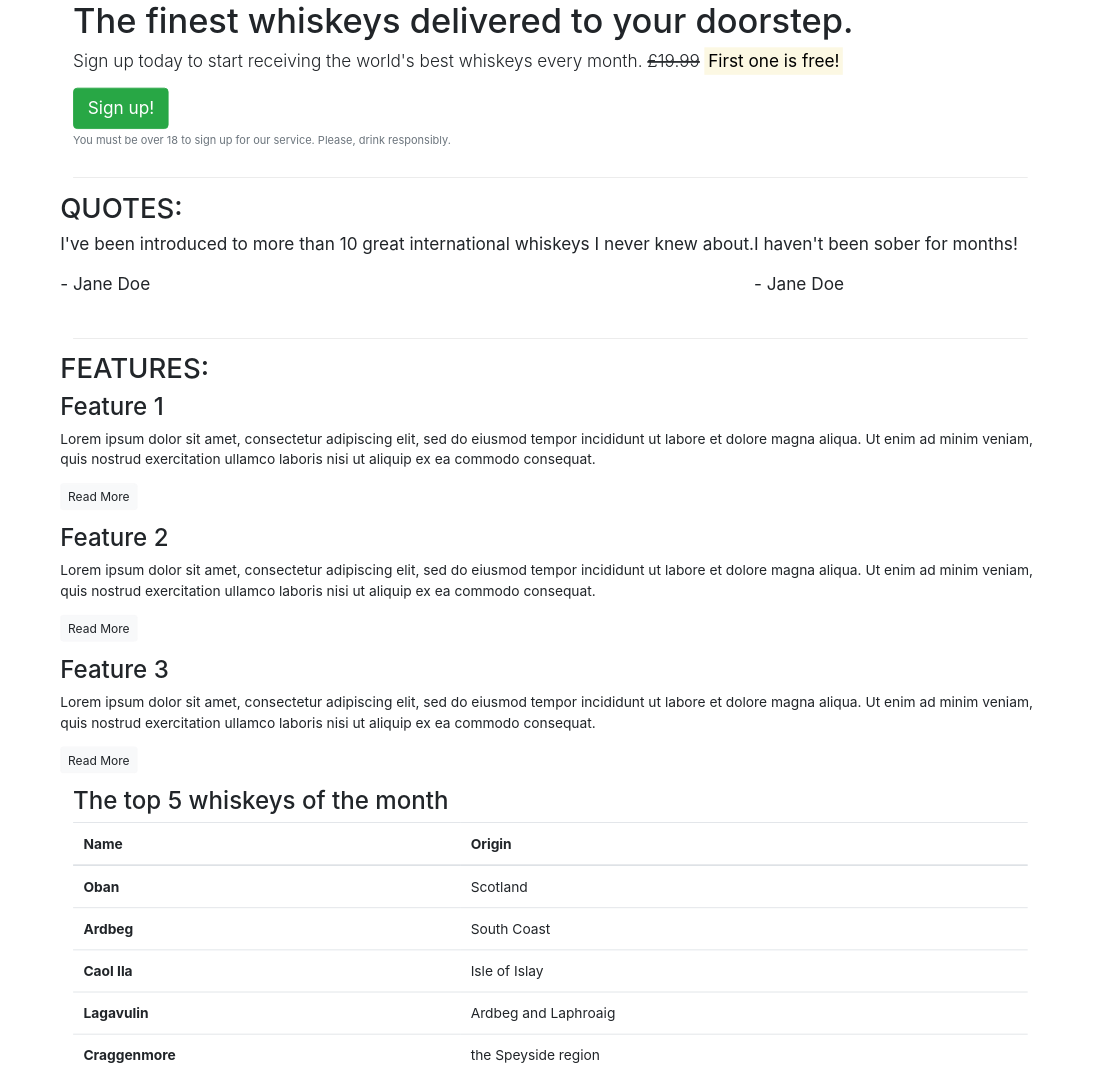
Repository: hidayatmansuri/BootStrap
Page: index.html
The author's editor kept a record of every edit. The page is drawn from the files as they stood at one moment, then again after the next edit.
The browser window is 1280 px wide. The pictures show the whole page, at 86% of full size.

Above is the page before.

### index.html
<!DOCTYPE html>
<html lang="en-us">

<head>
    <meta charset="utf-8">
    <meta name="viewport" content="width=device-width, initial-scale=1.0">
    <meta http-equiv="X-UA-Compatible" content="ie=edge">
    <title>Whiskey Drop | Taste a new whiskey every month</title>
    <link rel="stylesheet" href="https://maxcdn.bootstrapcdn.com/bootstrap/4.1.3/css/bootstrap.min.css">
</head>

<body>
    <article class="container">
        <!-- Callout -->
        <div class="row">
            <div class="col-12">
                <section class="callout">
                    <h1>The finest whiskeys delivered to your doorstep.</h1>
                    <p class="lead">Sign up today to start receiving the world's best whiskeys every month.
                    <s>£19.99</s> <strong><mark>First one is free!</mark></strong></p>
                    <button class="btn btn-success btn-lg">Sign up!</button>
                    <p class="text-muted"><small>You must be over 18 to sign up for our service. Please, drink responsibly.</small></p>
                </section>
            </div>
        </div>
        <!-- /.callout -->
        <hr>

        <!-- Quotes -->
        <section class="quotes">
            <div class="row">
            <h2 class="text-uppercase">Quotes:</h2>
            </div>
            <div class="row">
                <blockquote class="blockquote">
                    <p>I've been introduced to more than 10 great international whiskeys I never knew about.</p>
                    <p>- Jane Doe</p>
                </blockquote>
                <blockquote class="blockquote">
                    <p>I haven't been sober for months!</p>
                    <p>- Jane Doe</p>
                </blockquote>
            </div>
        </section>
        <!-- /.quotes -->
        <hr>

        <!-- Features -->
        <section class="features">
            <div class="row">
                <h2 class="text-uppercase">Features:</h2>
            </div>
            <div class="row">
                <div class="feature">
                    <h3>Feature 1</h3>
                    <p>Lorem ipsum dolor sit amet, consectetur adipiscing elit, sed do eiusmod tempor incididunt ut labore et dolore magna aliqua. Ut enim ad minim veniam, quis nostrud exercitation ullamco laboris nisi ut aliquip ex ea commodo consequat.</p>
                    <p><a class ="btn btn-sm btn-light">Read More</a></p>
                </div>
                <div class="feature">
                    <h3>Feature 2</h3>
                    <p>Lorem ipsum dolor sit amet, consectetur adipiscing elit, sed do eiusmod tempor incididunt ut labore et dolore magna aliqua. Ut enim ad minim veniam, quis nostrud exercitation ullamco laboris nisi ut aliquip ex ea commodo consequat.</p>
                    <p><a class ="btn btn-sm btn-light">Read More</a></p>
                </div>
                <div class="feature">
                    <h3>Feature 3</h3>
                    <p>Lorem ipsum dolor sit amet, consectetur adipiscing elit, sed do eiusmod tempor incididunt ut labore et dolore magna aliqua. Ut enim ad minim veniam, quis nostrud exercitation ullamco laboris nisi ut aliquip ex ea commodo consequat.</p>
                    <p><a class ="btn btn-sm btn-light">Read More</a></p>
                </div>
            </div>
        </section>
        <!-- /.features -->
        <section class="center">
            <h3>The top 5 whiskeys of the month</h3>
        <table class="table">
                <thead>
                <tr>
                  <th scope="col">Name</th>
                  <th scope="col">Origin</th>
                </tr>
                </thead>
                <tbody>
                <tr>
                  <th>Oban</th>
                  <td>Scotland</td>
                </tr>
                <tr>
                  <th>Ardbeg</th>
                  <td>South Coast</td>
                </tr>
                <tr>
                  <th>Caol Ila</th>
                  <td>Isle of Islay</td>
                </tr>
                <tr>
                  <th>Lagavulin</th>
                  <td>Ardbeg and Laphroaig</td>
                </tr>
                <tr>
                  <th>Craggenmore</th>
                  <td>the Speyside region</td>
                </tr>
              </tbody>
        </table>
        </section>
    </article>
</body>

</html>

After the next edit:
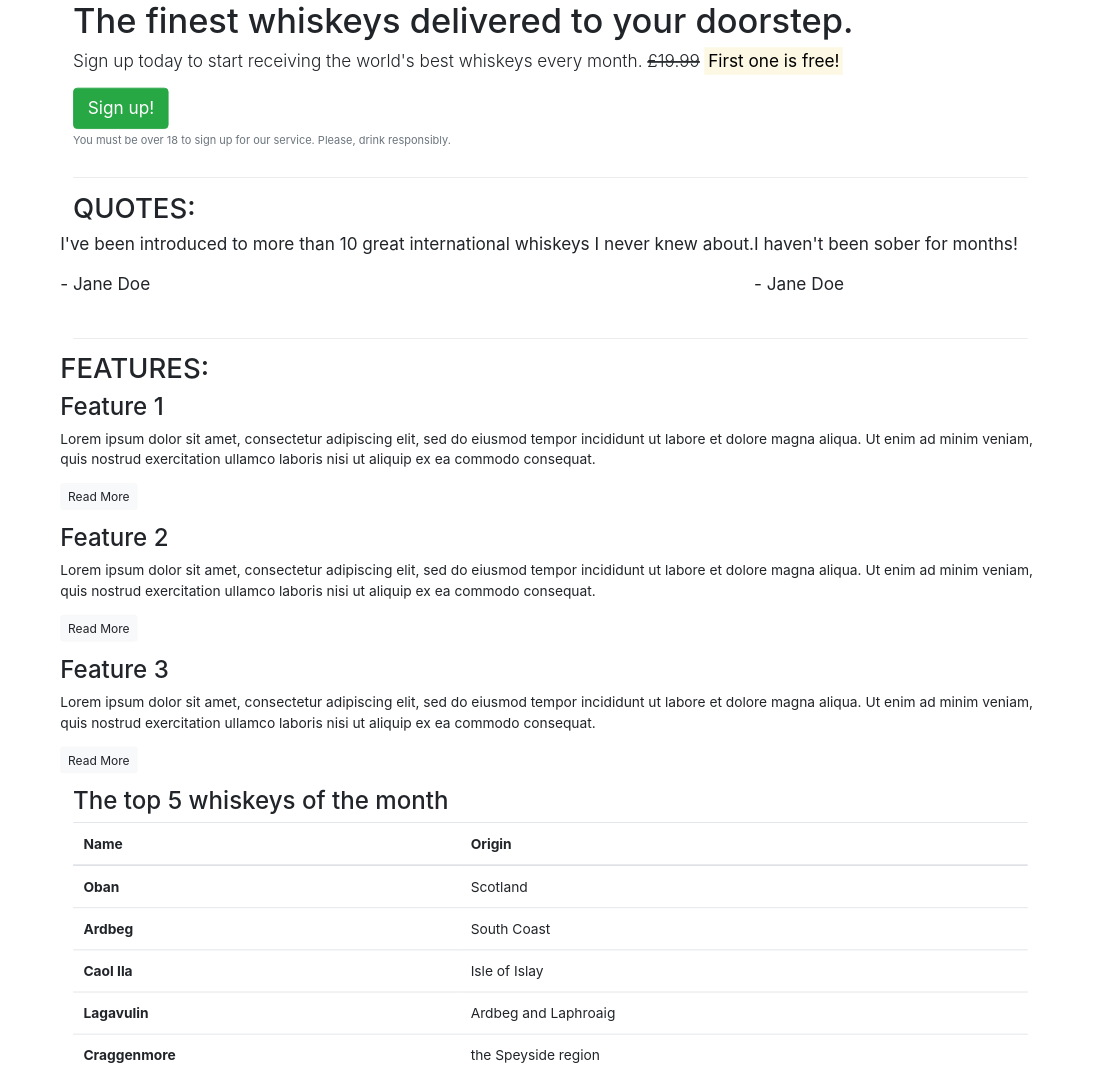
The edit:
--- a/index.html
+++ b/index.html
@@ -29,7 +29,9 @@
         <!-- Quotes -->
         <section class="quotes">
             <div class="row">
-            <h2 class="text-uppercase">Quotes:</h2>
+                <div class="col-12">
+                    <h2 class="text-uppercase">Quotes:</h2>
+                </div>
             </div>
             <div class="row">
                 <blockquote class="blockquote">
